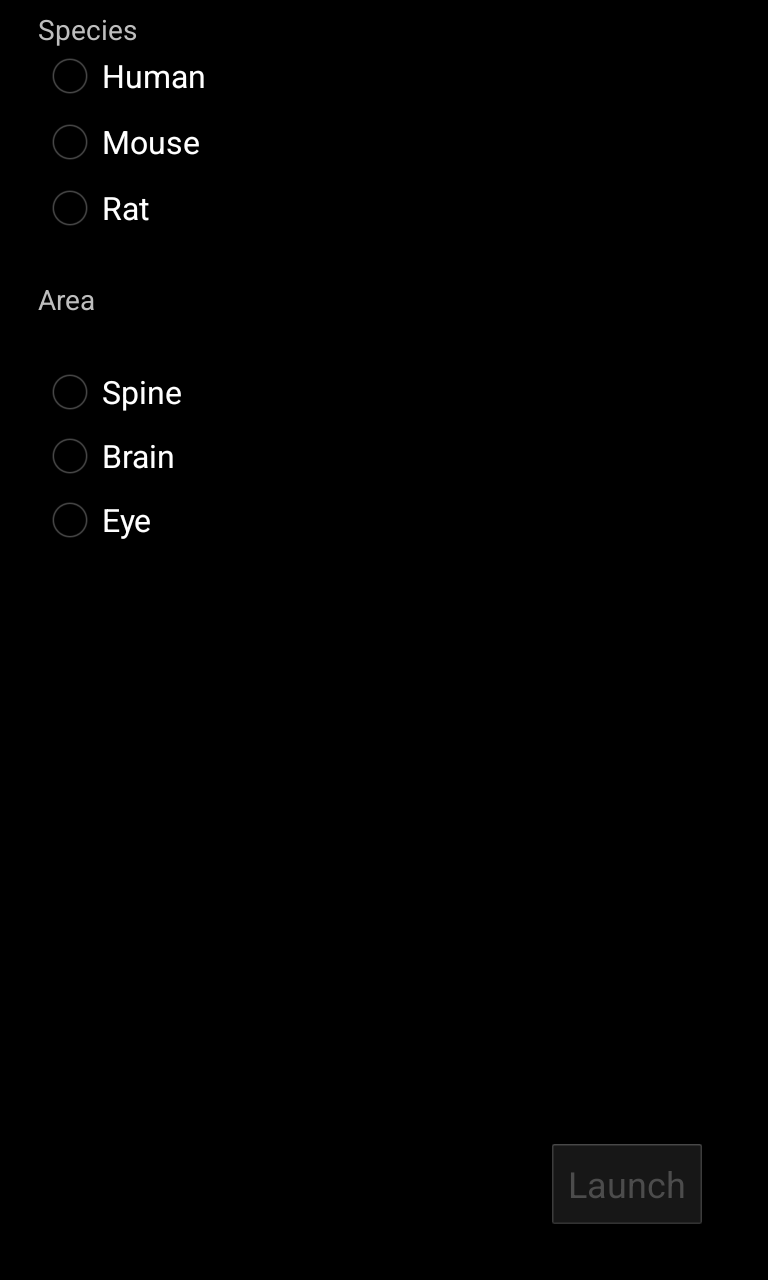
Repository: Ekarg/CSCE315Project3
Layout: Project3/res/layout/activity_main.xml
The author's editor kept a copy of each file at every save. The layout is drawn from the files as they stood at one save, then again after the next save.
It is drawn on a 768 x 1280 px phone screen (xhdpi) without system bars, with theme android:Theme.Holo; the app's code is not run.

Above is the layout before, as saved 2013-11-27 20:17:14.

After the next save:
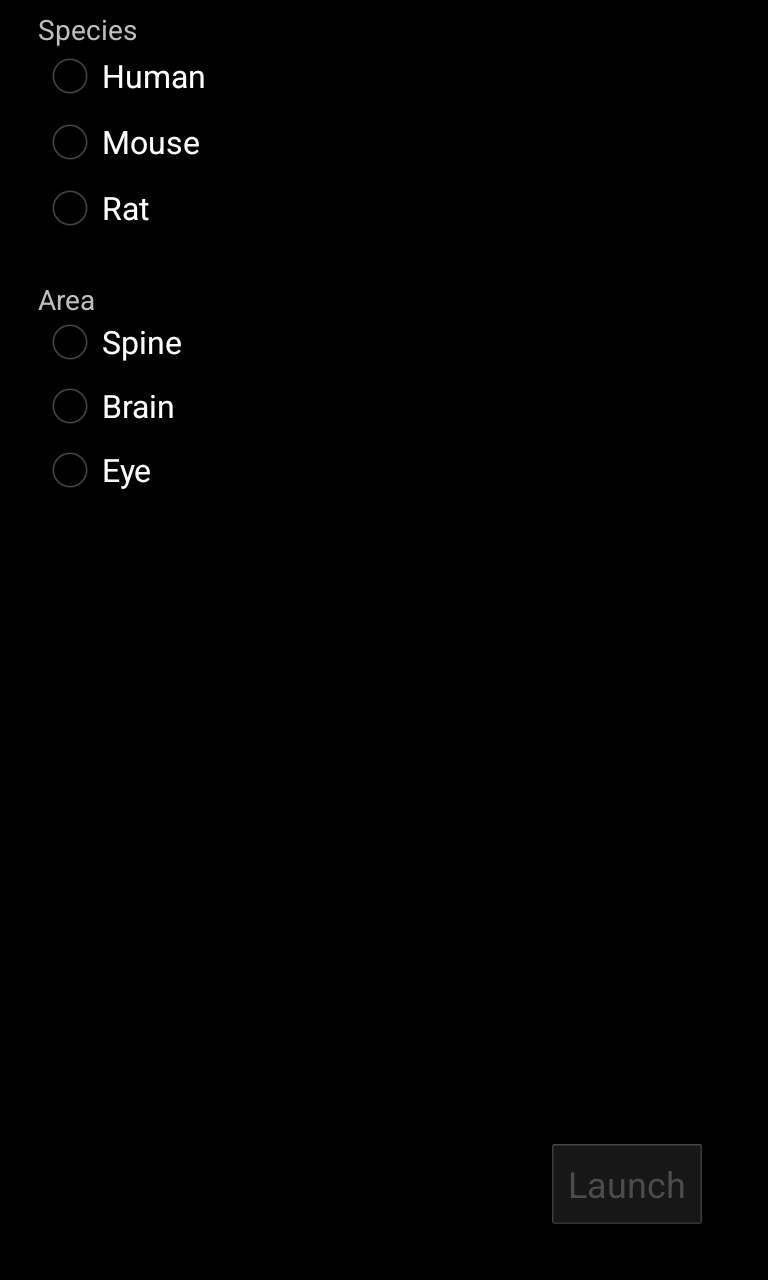
Saved 6 s later.
--- a/Project3/res/layout/activity_main.xml
+++ b/Project3/res/layout/activity_main.xml
@@ -91,7 +91,7 @@
             android:layout_height="wrap_content"
             android:layout_marginLeft="14dp"
             android:checked = "false"
-            android:layout_marginTop="175dp"
+            android:layout_marginTop="150dp"
 	        android:onClick="onRadioButtonClicked"
 	        android:text="@string/spine" />
 
